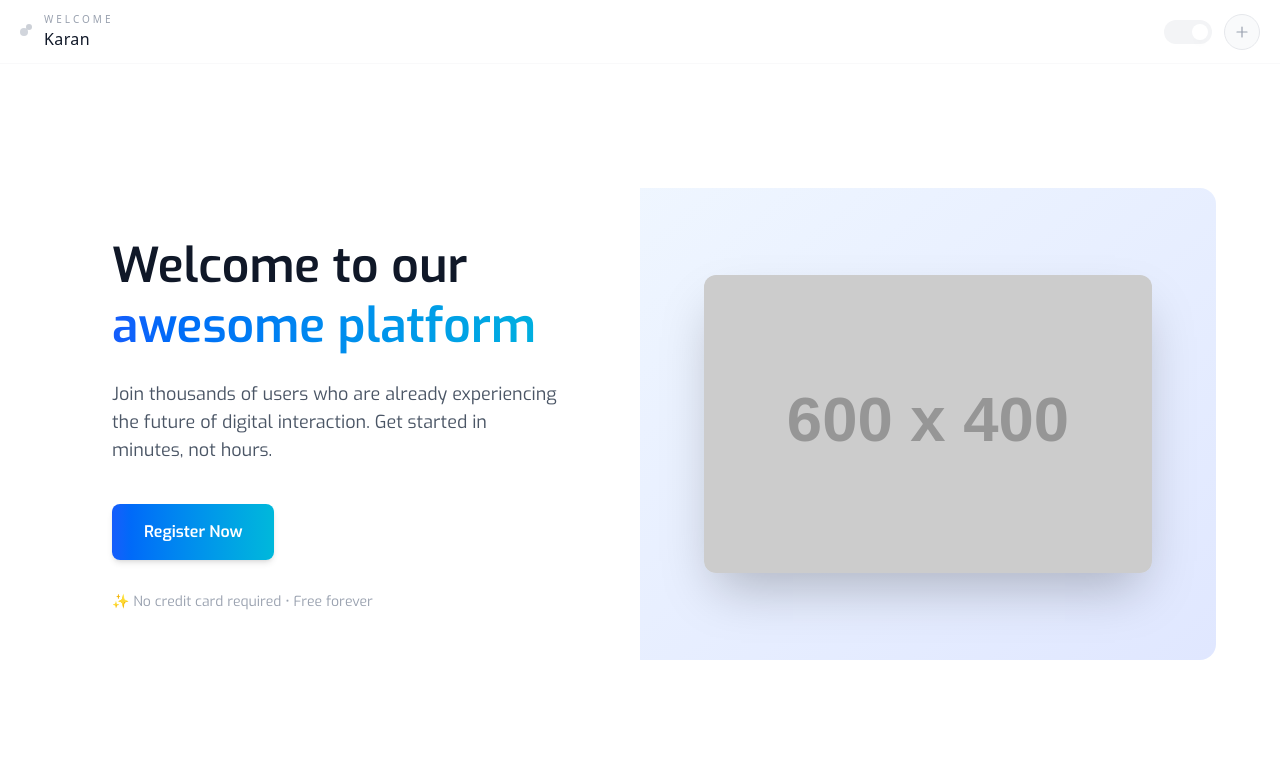
Repository: deepak445566/job
Page: / (app in frontend/)
The author's editor kept a copy of each file at every save. The page is drawn from the files as they stood at one save, then again after the next save.
The browser window is 1280 px wide. The pictures show the whole page.
The page's requests for data from a server got no answer. Some web fonts or font styles are not loaded; a fallback is used. The project was rebuilt for these pictures with package versions that can differ from the ones it lists, and the page was loaded fresh each time. Some packages were replaced by stand-ins written for this rebuild. No one was signed in, and anything a server would have sent is missing. Also part of the build but not shown: frontend/vite.config.js, frontend/src/Components/auth/Login.jsx, frontend/src/Components/study/StudyDashboard.jsx, frontend/src/Components/chill/ChillDashboard.jsx.

Above is the page before, as saved 2026-02-26 13:58:24.

### frontend/index.html
<!doctype html>
<html lang="en">
  <head>
    <meta charset="UTF-8" />
    <link rel="icon" type="image/svg+xml" href="/vite.svg" />
    <meta name="viewport" content="width=device-width, initial-scale=1.0" />
    <title>frontend</title>
    <link rel="preconnect" href="https://fonts.googleapis.com">
<link rel="preconnect" href="https://fonts.gstatic.com" crossorigin>
<link href="https://fonts.googleapis.com/css2?family=Exo:ital,wght@0,100..900;1,100..900&family=Playfair+Display:ital,wght@0,400..900;1,400..900&display=swap" rel="stylesheet">
  </head>
  <body>
    <div id="root"></div>
    <script type="module" src="/src/main.jsx"></script>
  </body>
</html>

### frontend/src/main.jsx
import { StrictMode } from 'react'
import { createRoot } from 'react-dom/client'
import './index.css'
import App from './App.jsx'
import {BrowserRouter} from 'react-router-dom'
import { AppContextProvider } from './context/AppContextProvider.jsx'




createRoot(document.getElementById('root')).render(
  <BrowserRouter>
  <AppContextProvider>
  <StrictMode>
    <App />
  </StrictMode>
  </AppContextProvider>
  </BrowserRouter>
)

### frontend/src/index.css
@import "tailwindcss";
.exo{
  font-family: "Exo", sans-serif;

  font-style: normal;
}

### frontend/src/App.jsx
import React from "react";
import Login from "./Components/auth/Login";
import { Route, Routes } from "react-router-dom";
import Dashboard from "./Components/Dashboard";
import { useAppContext } from "./context/AppContextProvider";
import Navbar from "./Components/common/Navbar";

function App() {
  const { showLogin } = useAppContext(); // user bhi lein context se

  return (
    <div>
      {/* Navbar hamesha dikhega */}
      <Navbar />

      {/* Login modal - tabhi dikhega jab showLogin true ho */}
      {showLogin && <Login />}

      <Routes>
        <Route path="/" element={<Dashboard />} />
      </Routes>
    </div>
  );
}

export default App;

### frontend/src/context/AppContextProvider.jsx
import { useContext, useEffect, useState } from "react";
import { useNavigate } from "react-router-dom";
import axios from "axios";
import { AppContext } from "./AppContext";
import toast from 'react-hot-toast';

axios.defaults.withCredentials = true;
axios.defaults.baseURL = import.meta.env.VITE_BACKEND_URL;
console.log("Base URL:", import.meta.env.VITE_BACKEND_URL);

export const AppContextProvider = ({ children }) => {
  const navigate = useNavigate();
  const [user, setUser] = useState(null);
  const [mode, setMode] = useState('chill'); // Default 'chill' ya 'study'
  const [showLogin, setShowLogin] = useState(false);
  const [loading, setLoading] = useState(true);

  const fetchUser = async () => {
    try {
      const { data } = await axios.get("/api/auth/isauth");
      if (data.success) {
        setUser(data.user);
        // User login hai toh uski mode fetch karo
        fetchUserMode();
      }
    } catch (error) {
      setUser(null);
    } finally {
      setLoading(false);
    }
  };

  // User ka mode fetch karne ka function
  const fetchUserMode = async () => {
    try {
      const { data } = await axios.get("/api/mode/");
      if (data.success) {
        setMode(data.mode);
      }
    } catch (error) {
      console.log("Error fetching mode:", error);
    }
  };

  // Mode toggle karne ka function
  const toggleMode = async () => {
    if (!user) {
      toast.error("Please login first");
      setShowLogin(true);
      return;
    }

    try {
      const { data } = await axios.put("/api/mode/switch");
      if (data.success) {
        setMode(data.mode);
        toast.success(data.message);
      }
    } catch (error) {
      toast.error(error.response?.data?.message || "Error switching mode");
    }
  };

  useEffect(() => {
    fetchUser();
  }, []);

  return (
    <AppContext.Provider
      value={{
        navigate,
        user,
        setUser,
        axios,
        setShowLogin,
        showLogin,
        mode,
        setMode,
        toggleMode,
        loading
      }}
    >
      {children}
    </AppContext.Provider>
  );
};

export const useAppContext = () => useContext(AppContext);

### frontend/src/Components/Dashboard.jsx
// components/Dashboard.jsx
import React from 'react';
import { useAppContext } from '../context/AppContextProvider';
import StudyDashboard from './study/StudyDashboard';
import ChillDashboard from './chill/ChillDashboard';

function Dashboard() {
  const { mode, user, setShowLogin, loading } = useAppContext();

  // Loading state
  if (loading) {
    return (
      <div className="min-h-screen flex items-center justify-center">
        <div className="text-center">
          <div className="w-16 h-16 border-4 border-blue-500 border-t-transparent rounded-full animate-spin mx-auto mb-4"></div>
          <p className="text-gray-600">Loading dashboard...</p>
        </div>
      </div>
    );
  }

  // Agar user login nahi hai
  if (!user) {
    return (
     <div className="min-h-screen  flex items-center justify-center  exo">

      <div className="max-w-6xl w-full   rounded-2xl overflow-hidden flex flex-col md:flex-row">

        {/* Left side: Text and button */}
        <div className="w-full md:w-1/2 p-8 sm:p-10 lg:p-12 flex flex-col justify-center space-y-6">
          {/* Heading */}
          <h1 className="text-4xl sm:text-5xl font-semibold text-gray-900 leading-tight">
            Welcome to our
            <span className="text-transparent bg-clip-text bg-gradient-to-r from-blue-600 to-cyan-500 block ">
              awesome platform
            </span>
          </h1>

          {/* Paragraph */}
          <p className="text-lg text-gray-600 max-w-md">
            Join thousands of users who are already experiencing the future of digital interaction. Get started in minutes, not hours.
          </p>

          {/* Register Now Button */}
          <div className="pt-4">
            <button className="px-8 py-4 bg-gradient-to-r from-blue-600 to-cyan-500 text-white font-semibold rounded-lg shadow-md hover:shadow-lg transform hover:scale-105 transition-all duration-300 ease-in-out focus:outline-none focus:ring-2 focus:ring-blue-400 focus:ring-offset-2">
              Register Now
            </button>
          </div>

          {/* Optional extra trust indicator */}
          <p className="text-sm text-gray-400 pt-2">✨ No credit card required • Free forever</p>
        </div>

        {/* Right side: Image */}
        <div className="w-full md:w-1/2 bg-gradient-to-br from-blue-50 to-indigo-100 flex items-center justify-center p-8 sm:p-10 lg:p-12">
          {/*
            Using a placeholder image from placeholder.com.
            Replace the src with your own image.
            The image is made responsive with object-fit to maintain aspect ratio.
          */}
          <img
            src="https://placehold.co/600x400/3b82f6/ffffff/png?text=Your+Image+Here&font=montserrat"
            alt="Hero visual representing our platform"
            className="w-full h-auto max-w-md rounded-xl shadow-2xl object-cover transform hover:scale-105 transition-transform duration-500"
          />
        </div>
      </div>
    </div>
    );
  }

  // Mode ke hisaab se dashboard render karo
  return (
    <div className="transition-all duration-500">
      {mode === 'study' ? <StudyDashboard /> : <ChillDashboard />}
    </div>
  );
}

export default Dashboard;

### frontend/src/Components/common/Navbar.jsx
import React, { useState } from "react";
import { useAppContext } from "../../context/AppContextProvider";
import toast from "react-hot-toast";

function Navbar() {
  const { user, setUser, axios, setShowLogin, navigate, mode, toggleMode } =
    useAppContext();
  const [loggingOut, setLoggingOut] = useState(false);
  const [togglingMode, setTogglingMode] = useState(false);
  const [showProfileMenu, setShowProfileMenu] = useState(false);

  const handleLogout = async () => {
    try {
      setLoggingOut(true);
      const { data } = await axios.post("/api/auth/logout");
      if (data.success) {
        setUser(null);
        setShowLogin(true);
        toast.success("Logged out successfully");
        navigate("/");
      } else {
        toast.error(data.message || "Logout failed");
      }
    } catch (error) {
      toast.error(error.response?.data?.message || "Error logging out");
    } finally {
      setLoggingOut(false);
      setShowProfileMenu(false);
    }
  };

  const handleToggleMode = async () => {
    try {
      setTogglingMode(true);
      await toggleMode();
    } catch (error) {
      console.error("Error toggling mode:", error);
    } finally {
      setTogglingMode(false);
    }
  };

  const handleProfileClick = () => {
    if (user) {
      setShowProfileMenu(!showProfileMenu);
    } else {
      setShowLogin(true);
    }
  };

  // Get first letter of name for avatar
  const getInitial = () => {
    if (user?.username) return user.username[0].toUpperCase();
    if (user?.email) return user.email[0].toUpperCase();
    return 'K';
  };

  return (
    <nav className="bg-white/80 backdrop-blur-xl px-5 py-3 border-b border-gray-100/50 sticky top-0 z-50">
      <div className="flex justify-between items-center max-w-7xl mx-auto">
        {/* Left Side - Minimal Luxury Greeting */}
        <div className="flex items-center gap-4">
          {/* Ultra-minimal greeting dot */}
          <div className="relative">
            <div className="w-2 h-2 bg-gray-300 rounded-full"></div>
            <div className="absolute -top-1 -right-1 w-1.5 h-1.5 bg-gray-400 rounded-full opacity-50"></div>
          </div>

          {/* Name with exquisite typography */}
          <div className="flex flex-col">
            <span className="text-[10px] uppercase tracking-[0.3em] text-gray-400 font-light">
              Welcome
            </span>
            <div className="flex items-center gap-2">
              <span className="text-base font-light text-gray-900 tracking-wide">
                {user?.username || user?.email?.split('@')[0] || 'Karan'}
              </span>
              {user && (
                <span className="w-1 h-1 bg-gray-300 rounded-full"></span>
              )}
            </div>
          </div>
        </div>

        {/* Right Side - Ultra Minimal Actions */}
        <div className="flex items-center gap-3">
          {/* Mode Toggle - Refined Switch */}
          <button
            onClick={handleToggleMode}
            disabled={togglingMode || !user}
            className={`relative w-12 h-6 rounded-full transition-all duration-700 ${
              user
                ? mode === 'study'
                  ? 'bg-gray-900'
                  : 'bg-gray-400'
                : 'bg-gray-100 cursor-not-allowed'
            }`}
            title={!user ? "Login to switch mode" : `Switch to ${mode === 'study' ? 'Chill' : 'Study'}`}
          >
            <span
              className={`absolute top-1 left-1 w-4 h-4 bg-white rounded-full shadow-xl transform transition-all duration-500 ease-in-out ${
                mode === 'chill' ? 'translate-x-6' : ''
              }`}
            />
          </button>

          {/* Profile - Museum Quality */}
          <div className="relative">
            <button
              onClick={handleProfileClick}
              className="group relative focus:outline-none"
            >
              {/* Ultra subtle ring */}
              {user && (
                <div className="absolute -inset-0.5 bg-gradient-to-r from-gray-200 to-gray-300 rounded-full opacity-0 group-hover:opacity-100 transition-opacity duration-500 blur-[1px]"></div>
              )}

              {/* Minimal Avatar */}
              <div className={`relative w-9 h-9 rounded-full flex items-center justify-center transition-all duration-300 ${
                user
                  ? 'bg-gray-900 text-white border border-white/20'
                  : 'bg-gray-50 text-gray-400 border border-gray-200'
              }`}>
                {user ? (
                  <span className="text-xs font-light tracking-wider">{getInitial()}</span>
                ) : (
                  <svg width="16" height="16" viewBox="0 0 16 16" fill="none" xmlns="http://www.w3.org/2000/svg">
                    <path d="M8 3V13M3 8H13" stroke="currentColor" strokeWidth="1.2" strokeLinecap="round"/>
                  </svg>
                )}
              </div>
            </button>

            {/* Profile Menu - Minimal Luxury Dropdown */}
            {showProfileMenu && user && (
              <>
                {/* Backdrop */}
                <div
                  className="fixed inset-0 z-40"
                  onClick={() => setShowProfileMenu(false)}
                />

                {/* Menu Card - Like a luxury boutique */}
                <div className="absolute right-0 mt-3 w-56 bg-white/95 backdrop-blur-xl rounded-2xl shadow-[0_20px_40px_-15px_rgba(0,0,0,0.1)] border border-gray-100/80 z-50 overflow-hidden">
                  {/* User Info - Minimal */}
                  <div className="px-5 py-4 border-b border-gray-100/50">
                    <p className="text-xs text-gray-400 uppercase tracking-[0.2em] mb-2 font-light">
                      Account
                    </p>
                    <p className="text-sm font-medium text-gray-900 mb-0.5">
                      {user.username || 'User'}
                    </p>
                    <p className="text-xs text-gray-400 truncate font-light">
                      {user.email || 'user@example.com'}
                    </p>
                  </div>

                  {/* Menu Items - Refined */}
                  <div className="p-2">
                    <button
                      onClick={() => {
                        setShowProfileMenu(false);
                        navigate('/profile');
                      }}
                      className="w-full px-4 py-2.5 text-left hover:bg-gray-50/80 rounded-xl transition-all duration-200 flex items-center gap-3 text-gray-600 group"
                    >
                      <span className="text-sm opacity-50 group-hover:opacity-100 transition-opacity">👤</span>
                      <span className="text-xs font-light tracking-wide">Profile</span>
                    </button>

                    <button
                      onClick={() => {
                        setShowProfileMenu(false);
                        navigate('/settings');
                      }}
                      className="w-full px-4 py-2.5 text-left hover:bg-gray-50/80 rounded-xl transition-all duration-200 flex items-center gap-3 text-gray-600 group"
                    >
                      <span className="text-sm opacity-50 group-hover:opacity-100 transition-opacity">⚙️</span>
                      <span className="text-xs font-light tracking-wide">Settings</span>
                    </button>

                    <div className="h-px bg-gray-100/50 my-2"></div>

                    <button
                      onClick={handleLogout}
                      disabled={loggingOut}
                      className="w-full px-4 py-2.5 text-left hover:bg-red-50/50 rounded-xl transition-all duration-200 flex items-center gap-3 text-red-400 group"
                    >
                      <span className="text-sm opacity-50 group-hover:opacity-100 transition-opacity">🚪</span>
                      <span className="text-xs font-light tracking-wide flex-1">
                        {loggingOut ? "Exiting..." : "Sign out"}
                      </span>
                      {loggingOut && (
                        <span className="w-3 h-3 border border-red-300 border-t-transparent rounded-full animate-spin" />
                      )}
                    </button>
                  </div>
                </div>
              </>
            )}
          </div>
        </div>
      </div>
    </nav>
  );
}

export default Navbar;

Loaded but not shown: frontend/src/context/AppContext.jsx (common file)

After the next save:
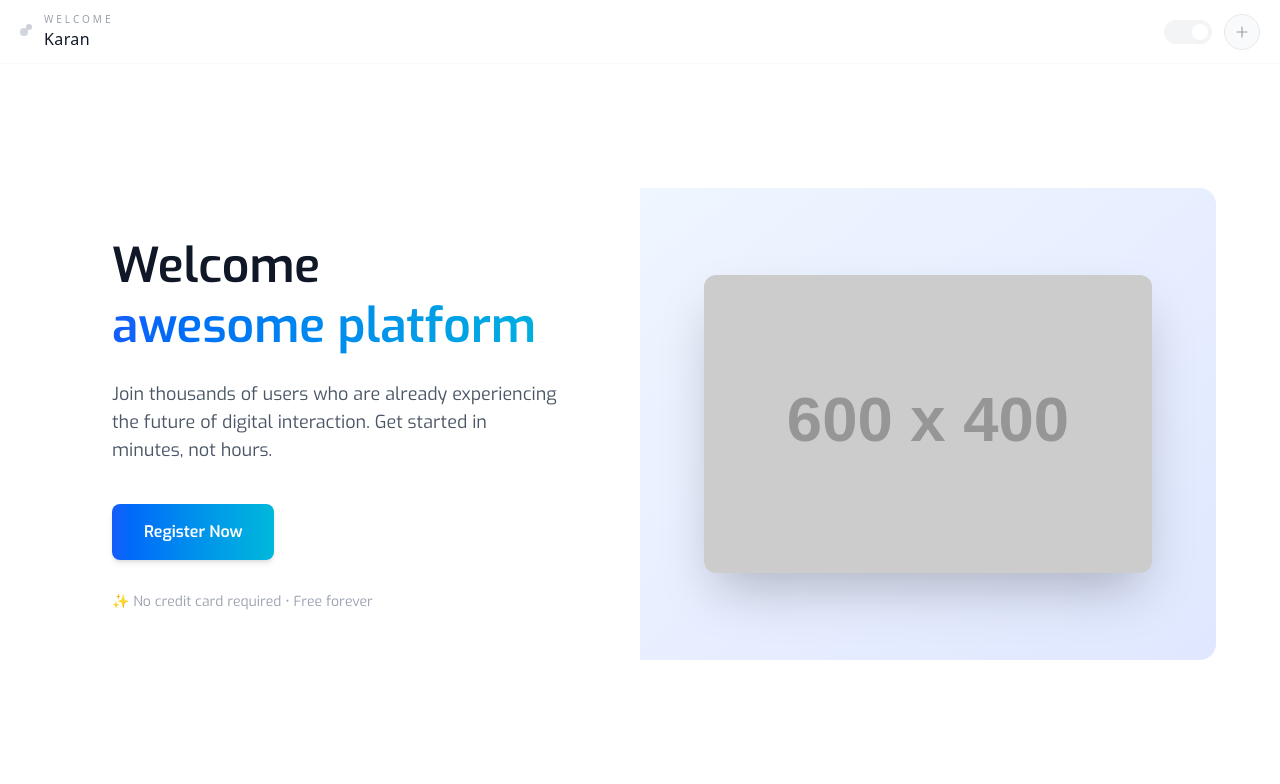
Saved 13 s later.
--- a/frontend/src/Components/Dashboard.jsx
+++ b/frontend/src/Components/Dashboard.jsx
@@ -30,7 +30,7 @@ function Dashboard() {
         <div className="w-full md:w-1/2 p-8 sm:p-10 lg:p-12 flex flex-col justify-center space-y-6">
           {/* Heading */}
           <h1 className="text-4xl sm:text-5xl font-semibold text-gray-900 leading-tight">
-            Welcome to our
+            Welcome
             <span className="text-transparent bg-clip-text bg-gradient-to-r from-blue-600 to-cyan-500 block ">
               awesome platform
             </span>
